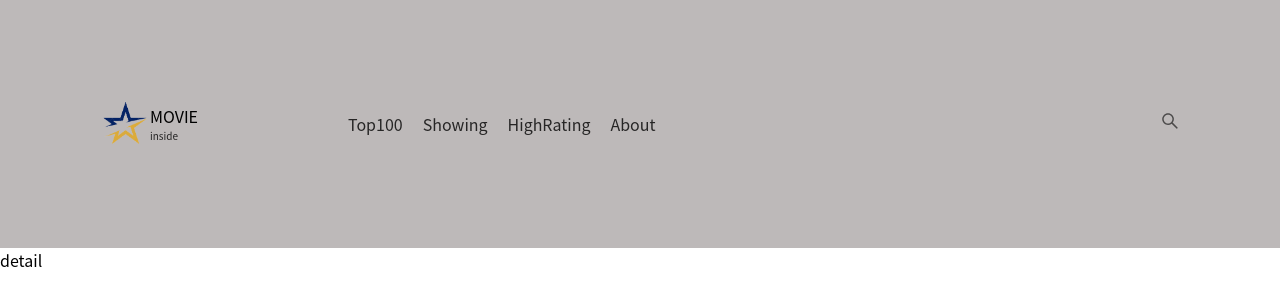
Repository: yangddoddi/Movie-Inside
Page: /detail
These files come from the project's save history. The page is drawn as it stood at one moment and after the next save; the edit follows.
The browser window is 1280 px wide. The pictures show the whole page.
The project was rebuilt for these pictures with package versions that can differ from the ones it lists, and the page was loaded fresh each time. Also part of the build but not shown: src/App.css, src/routes/Main.js. Imported but missing from the stored project, and not drawn on this page: src/components/Main/Jumbotron.

Above is the page before, as saved 2022-05-02 18:03:53.

After the next save:
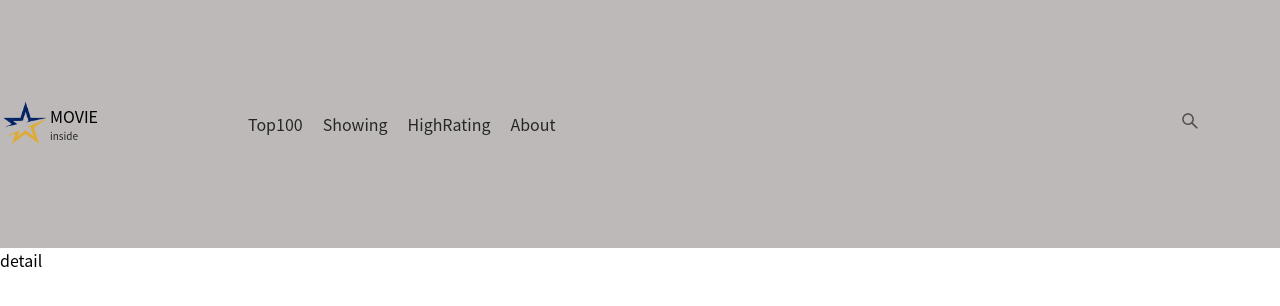
Saved 10 s later.
--- a/src/components/Nav.module.scss
+++ b/src/components/Nav.module.scss
@@ -2,7 +2,7 @@
 .nav {
     background-color: #bdb9b9;
     width: 100%;
-    padding: 100px;
+    padding: 100px 0px 100px 0px;
 }
 
 .navContainer {
